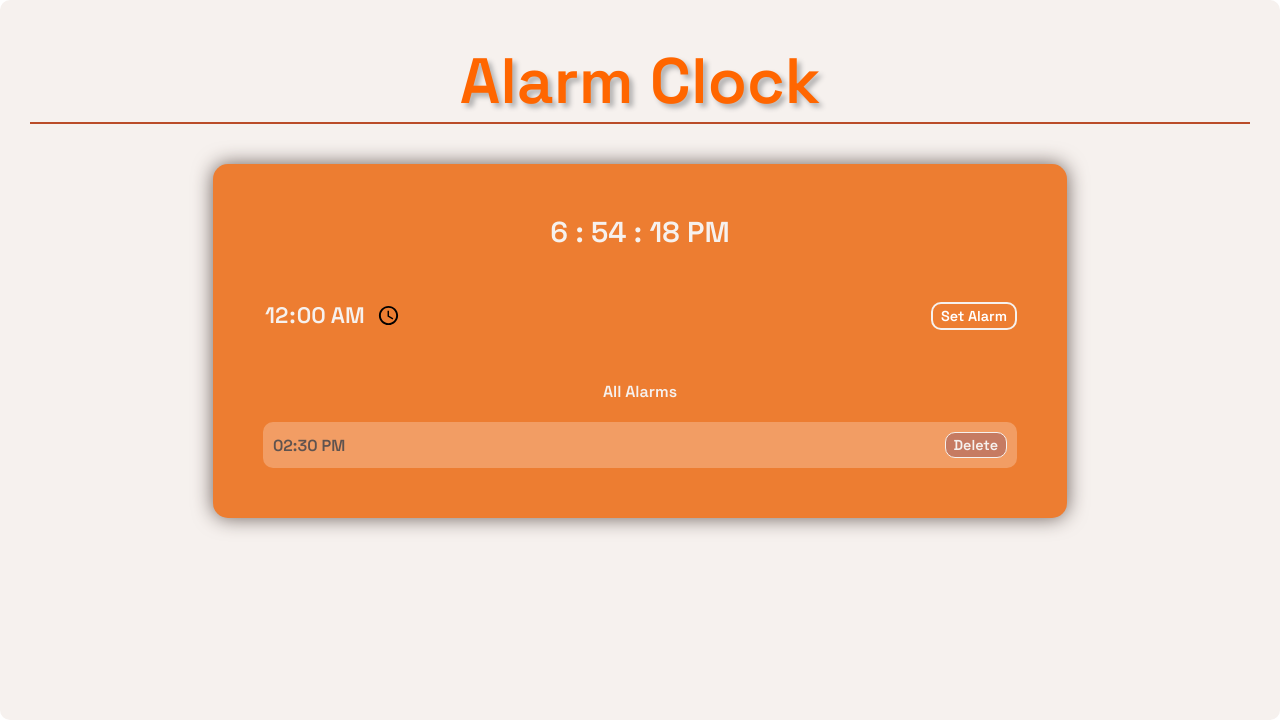
Repository: Pragya016/Alarm-Clock
Page: Index.html
An editor plug-in stored every save of this project. The page is shown before and after the next save, followed by the edit.
The browser window is 1280 px wide. The pictures show the whole page.

Above is the page before, as saved 2024-01-19 22:30:53.

### Index.html
<!DOCTYPE html>
<html lang="en">

<head>
    <meta charset="UTF-8">
    <meta name="viewport" content="width=device-width, initial-scale=1.0">
    <!-- css stylesheet -->
    <link rel="stylesheet" href="styles.css">

    <title>Alarm Clock</title>
</head>

<body>
    <div id="box">
        <h1>Alarm Clock</h1>
        <div class="container">

            <!-- showing the current time -->
            <div id="current-time">
                <h2 class="cur-time"></h2>
            </div>

            <!-- to set the alarm -->
            <div id="set-alarm">
                <h3>
                    <input type="time" class="set-time" value="00:00">
                </h3>
                <button type="button" id="set-alarm-btn">
                    Set Alarm
                </button>
            </div>

            <!-- list of alarms that are already been set -->
            <div id="all-alarms">
                <p class="heading"><b>All Alarms</b>
                </p>
                <div class="alarm">
                    <p class="preSetAlarmTime">
                        02:30 PM
                    </p>
                    <button type="button" class="dlt-alarm-btn">
                        Delete
                    </button>
                </div>
            </div>
        </div>
    </div>
    <!-- script -->
    <script src="clock.js"></script>
</body>

</html>

### styles.css
@import url('https://fonts.googleapis.com/css2?family=IBM+Plex+Mono:wght@700&family=Space+Grotesk:wght@600&display=swap');

/* default css styles */
:root {
    --creamColor : #F6F1EE;
    --orangeShadeDark : #ff6600;
    --OrangeColor : #ED7D31;
    --brownColor : #6C5F5B;
    --brownShadeDarker : #5f534f;
    --orangeShadeDarker : #ba4c28;
}

body, html{
    margin: 0;
    padding: 0;
}

*{
    box-sizing: border-box;
    margin: 0;
        font-family: 'IBM Plex Mono', monospace;
font-family: 'Space Grotesk', sans-serif;
}

/* main container */
#box{
    height: 100vh;
    padding: 30px;
    width: 100%;
    margin: auto;
    border-radius: 10px;
    background-color: var(--creamColor);
}

#box h1{
    color: var(--orangeShadeDark);
    text-align: center;
    margin-top: 10px;
    font: 900;
    border-bottom: 2px solid var(--orangeShadeDarker);
    font-size: 4rem;
    overflow: hidden;
    text-shadow: 4px 4px 5px rgb(179, 178, 178);
}

/* ----------------------------- */

#current-time{
    font-size: 1.2rem;
}

/* ----------------------------- */

.container {
    color: var(--creamColor);
    height: auto;
    width: 70%;
    overflow: scroll;
    margin: 40px auto 0;
    padding: 50px;
    font-family: Arial, Helvetica, sans-serif;
    display: flex;
    flex-direction: column;
    /* letter-spacing: 3px; */
    align-items: center;
    border-radius: 15px;
    background-color: var(--OrangeColor);
    box-shadow: 0px 0px 20px var(--brownColor);
}

/* ----------------------------- */
/* set alarm container */

#set-alarm {
    display: flex;
    justify-content: space-between;
    width: 100%;
    margin: 50px auto 30px auto;
}

.set-time {
    border: none;
    background-color: #00000000;
    color: var(--creamColor);
}

.set-time{
    border: none;
    font-size: larger;
    font-weight: 600;
}

/* ----------------------------- */
/* all alarms container */

#all-alarms {
    margin-top: 20px;
    display: flex;
    justify-content: space-between;
    width: 100%;
    height: auto;
    flex-direction: column;
    align-items: center;
}

#all-alarms .heading {
    color: var(--creamColor);
}

.alarm{
    display: flex;
    justify-content: space-between;
    width: 100%;
    padding: 10px;
    background-color: rgba(255, 255, 255, 0.247);
    margin-top: 20px;align-items: center;
    border-radius: 10px;
}

.alarm .preSetAlarmTime {
    font-size: 1rem;
    color: var(--brownShadeDarker);
}

.dlt-alarm-btn{
    border: 1px solid var(--creamColor);;
    background-color: hsl(15, 47%, 58%);
    color: var(--creamColor);
}

.dlt-alarm-btn:hover {
    border-color:var(--orangeShadeDarker);
    background-color: #F6F1EE;
    color: var(--orangeShadeDarker);
}

/* ----------------------------- */

button {
    width: auto;
    margin: auto 0;
    border-radius: 10px;
    font: 600;
    font-size: 0.9rem;
    border: none;
     padding: 3px 8px;
    border: 2px solid #F6F1EE;;
    background-color: #ED7D31;
    cursor: pointer;
    color: white;
}

button:hover{
   color: #ce5300;
    background-color: var(--creamColor);
}

### clock.js

// selecting all the elements of html
const currentTime = document.querySelector('.cur-time');
const setNewAlarm = document.querySelector('.set-time');
const setNewAlarmBtn = document.querySelector('#set-alarm-btn');
const preSetAlarmTime = document.querySelector('.preSetAlarmTime');
const deleteBtn = document.querySelector('.dlt-alarm-btn');
const allAlarmsContainer = document.querySelector('#all-alarms');



// --------------------------------------------
// display the current time

function updateTime() {
    let currentDate = new Date();
    let hours = currentDate.getHours();
    let minutes = currentDate.getMinutes();
    let seconds = currentDate.getSeconds();

    // selecting am or pm
    var ampm = (hours >= 12) ? "PM" : "AM";

    // getting hours minutes and seconds
    hours = (hours < 10) ? "0" + hours : hours - 12;
    minutes = (minutes < 10) ? "0" + minutes : minutes;
    seconds = (seconds < 10) ? "0" + seconds : seconds;

    // setting the tet content to current time
    let currentTimeString = `${hours} : ${minutes} : ${seconds} ${ampm}`;
    currentTime.textContent = currentTimeString;
}

setInterval(updateTime, 1000);
updateTime();


// --------------------------------------------
// setting new alarm

setNewAlarmBtn.addEventListener('click', () => {
    // getting the input value
    const timeInput = setNewAlarm.value;
    let [hourVal, minVal] = timeInput.split(':');

        // console.log(minVal, hourVal)
        if (hourVal === '00') {
            hourVal = 12;
        }

        // html for newly created alarm
    const newAlarm = `
            <div class="alarm">
                <p class="preSetAlarmTime">
                    ${hourVal}:${minVal} ${hourVal >= 12 ? 'PM' : 'AM'}
                </p>
                <button type="button" class="dlt-alarm-btn">
                    Delete
                </button>
            </div>
        `;

        // inserting the html to the container
        setTimeout(() => {
            allAlarmsContainer.insertAdjacentHTML('beforeend', newAlarm);
            setNewAlarm.value = '00:00';
            startCountDown(hourVal, minVal);
        }, 300);

});

// --------------------------------------------
function startCountDown(hours, minutes) {
    // calculating seconds
    const totalMin = (hours * 60) + minutes;
    let totalSeconds = totalMin * 60;

    setTimeout(() => {
        alert('alarm ended!!')
    }, totalSeconds)
}


// --------------------------------------------
// deleting the alarm
allAlarmsContainer.addEventListener('click', (e) => {
    // checking if delete alarm btn is present or not
    if (e.target.classList.contains('dlt-alarm-btn')) {

        // finding the closest element
        const alarmElement = e.target.closest('.alarm');

        // deleting the alarm
        if (alarmElement) {
            setTimeout(() => {
                alarmElement.remove();
            }, 300);
        }
    }
});

After the next save:
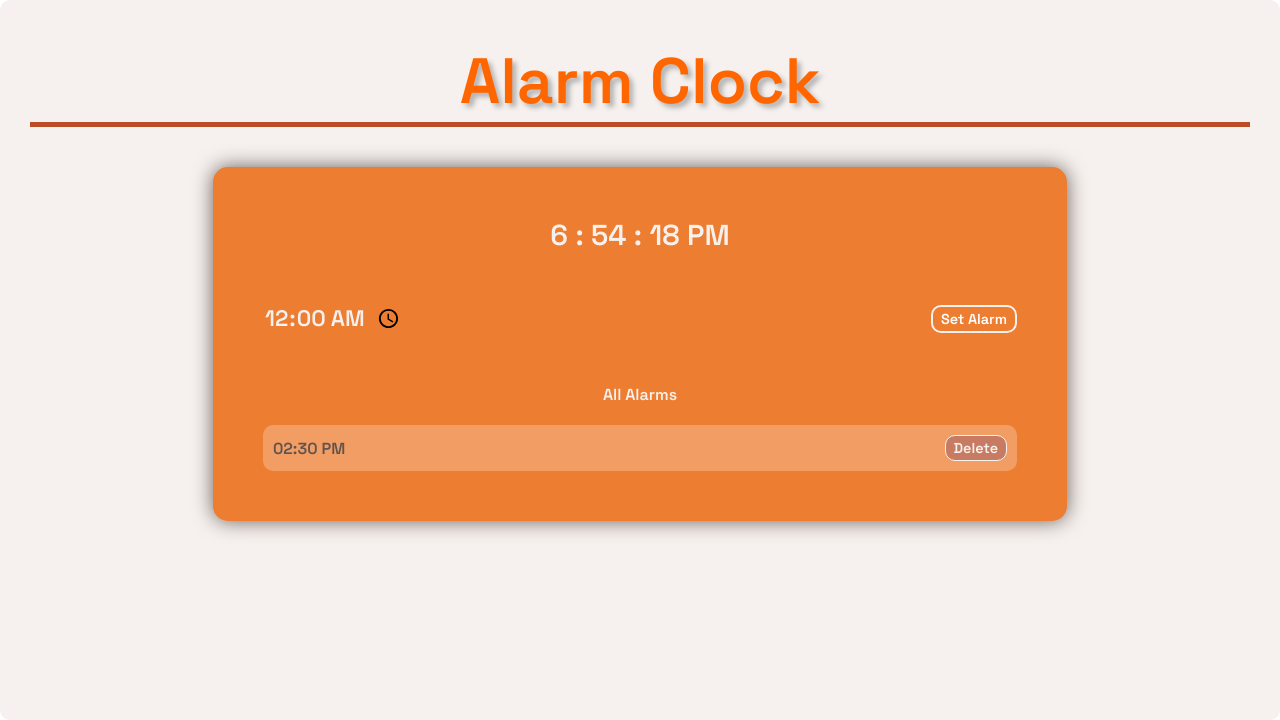
Saved 5 s later.
--- a/styles.css
+++ b/styles.css
@@ -37,7 +37,7 @@ font-family: 'Space Grotesk', sans-serif;
     text-align: center;
     margin-top: 10px;
     font: 900;
-    border-bottom: 2px solid var(--orangeShadeDarker);
+    border-bottom: 5px solid var(--orangeShadeDarker);
     font-size: 4rem;
     overflow: hidden;
     text-shadow: 4px 4px 5px rgb(179, 178, 178);
